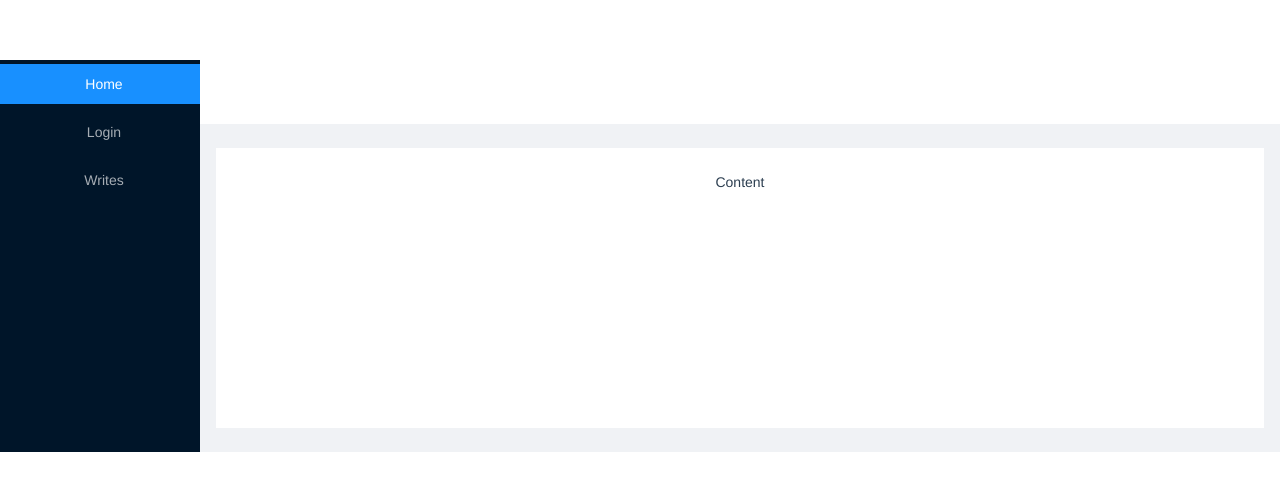
Repository: writesapp/mod
Page: /
These files come from the project's save history. The page is drawn as it stood at one moment and after the next save; the edit follows.
The browser window is 1280 px wide. The pictures show the whole page.
The project was rebuilt for these pictures with package versions that can differ from the ones it lists, and the page was loaded fresh each time. Also part of the build but not shown: src/components/SigninButton.vue, src/views/Login.vue, src/views/Writes.vue.

Above is the page before, as saved 2020-07-09 13:15:43.

### src/main.js
import Antd from 'ant-design-vue';
import Vue from 'vue';
import App from './App.vue';
import './registerServiceWorker';
import router from './router';
import store from './store';
import 'ant-design-vue/dist/antd.css';

Vue.config.productionTip = false;
Vue.use(Antd);

new Vue({
  router,
  store,
  render: (h) => h(App),
}).$mount('#app');

### src/App.vue
<template>
  <div id="app">
    <div id="nav">
    </div>
    <router-view/>
  </div>
</template>

<script>
import { auth } from '@/initFirebase';
import store from '@/store';

export default {
  name: "App",
  mounted() {
    auth.onAuthStateChanged((user) => store.dispatch("fetchUser", user));
  },
};
</script>

<style lang="scss">
#app {
  font-family: Avenir, Helvetica, Arial, sans-serif;
  -webkit-font-smoothing: antialiased;
  -moz-osx-font-smoothing: grayscale;
  text-align: center;
  color: #2c3e50;
}

#nav {
  padding: 30px;

  a {
    font-weight: bold;
    color: #2c3e50;

    &.router-link-exact-active {
      color: #42b983;
    }
  }
}
</style>

### src/router/index.js
import Vue from 'vue';
import VueRouter from 'vue-router';
import Home from '../views/Home.vue';
import Login from '../views/Login.vue';
import Writes from '../views/Writes.vue';

Vue.use(VueRouter);

const routes = [
  {
    path: '/',
    name: 'Home',
    component: Home,
  },
  {
    path: '/login',
    name: 'Login',
    // route level code-splitting
    // this generates a separate chunk (about.[hash].js) for this route
    // which is lazy-loaded when the route is visited.
    component: Login,
  },
  {
    path: '/writes',
    name: 'Writes',
    component: Writes,
  },
];

const router = new VueRouter({
  mode: 'history',
  base: process.env.BASE_URL,
  routes,
});

export default router;

### src/store/index.js
import Vue from 'vue';
import Vuex from 'vuex';

Vue.use(Vuex);

export default new Vuex.Store({
  state: {
    user: {
      loggedIn: false,
      data: null,
    },
  },
  mutations: {
    setLoggedState(state, value) {
      state.user.loggedIn = value;
    },
    setUser(state, data) {
      state.user.data = data;
    },
  },
  actions: {
    fetchUser({ commit }, user) {
      commit("setLoggedState", user !== null);
      if (user) {
        commit("setUser", {
          displayName: user.displayName,
          email: user.email,
        });
      } else {
        commit("setUser", null);
      }
    },
  },
});

### src/initFirebase.js
import firebase from 'firebase';

const configOptions = {
  apiKey: "AIzaSyBe23vGrWbbtK6cWQflEewoDvTBtKWQEBM",
  authDomain: "test-project-116cf.firebaseapp.com",
  databaseURL: "https://test-project-116cf.firebaseio.com",
  projectId: "test-project-116cf",
  storageBucket: "test-project-116cf.appspot.com",
  messagingSenderId: "507446435196",
  appId: "1:507446435196:web:8a13dc8c60ddcf65e058f9",
  measurementId: "G-H01LY21GK7",
};

firebase.initializeApp(configOptions);

export const auth = firebase.auth();
export const googleProvider = new firebase.auth.GoogleAuthProvider();

### src/views/Home.vue
<template>
  <a-layout id="components-layout-demo-custom-trigger">
    <a-layout-sider v-model="collapsed" :trigger="null" collapsible>
      <div class="logo" />
      <a-menu theme="dark" mode="inline" :default-selected-keys="['1']">
        <a-menu-item key="1">
          <router-link to="/">Home</router-link>
        </a-menu-item>
        <a-menu-item key="2">
          <router-link to="/login">Login</router-link>
        </a-menu-item>
        <a-menu-item key="3">
          <router-link to="/writes">Writes</router-link>
        </a-menu-item>
      </a-menu>
    </a-layout-sider>
    <a-layout>
      <a-layout-header style="background: #fff; padding: 0">
        <a-icon
          class="trigger"
          :type="collapsed ? 'menu-unfold' : 'menu-fold'"
          @click="() => (collapsed = !collapsed)"
        />
      </a-layout-header>
      <a-layout-content
        :style="{ margin: '24px 16px', padding: '24px', background: '#fff', minHeight: '280px' }"
      >
        Content
      </a-layout-content>
    </a-layout>
  </a-layout>
</template>

<script>
export default {
  name: 'Home',
};
</script>

Loaded but not shown: public/index.html (common file); src/registerServiceWorker.js (common file)

After the next save:
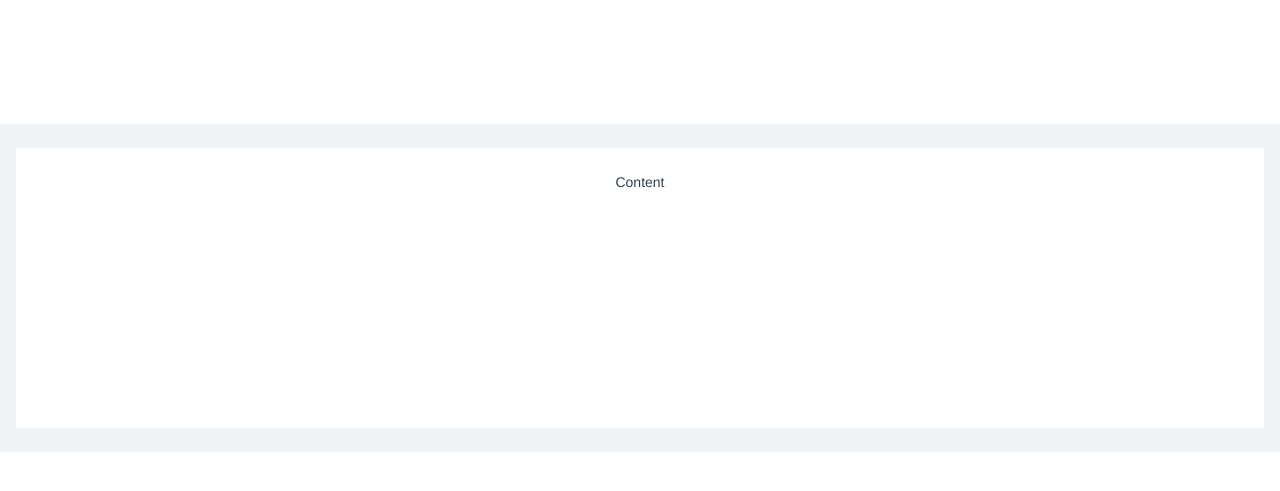
Saved 59 s later.
--- a/src/views/Home.vue
+++ b/src/views/Home.vue
@@ -1,19 +1,5 @@
 <template>
   <a-layout id="components-layout-demo-custom-trigger">
-    <a-layout-sider v-model="collapsed" :trigger="null" collapsible>
-      <div class="logo" />
-      <a-menu theme="dark" mode="inline" :default-selected-keys="['1']">
-        <a-menu-item key="1">
-          <router-link to="/">Home</router-link>
-        </a-menu-item>
-        <a-menu-item key="2">
-          <router-link to="/login">Login</router-link>
-        </a-menu-item>
-        <a-menu-item key="3">
-          <router-link to="/writes">Writes</router-link>
-        </a-menu-item>
-      </a-menu>
-    </a-layout-sider>
     <a-layout>
       <a-layout-header style="background: #fff; padding: 0">
         <a-icon
